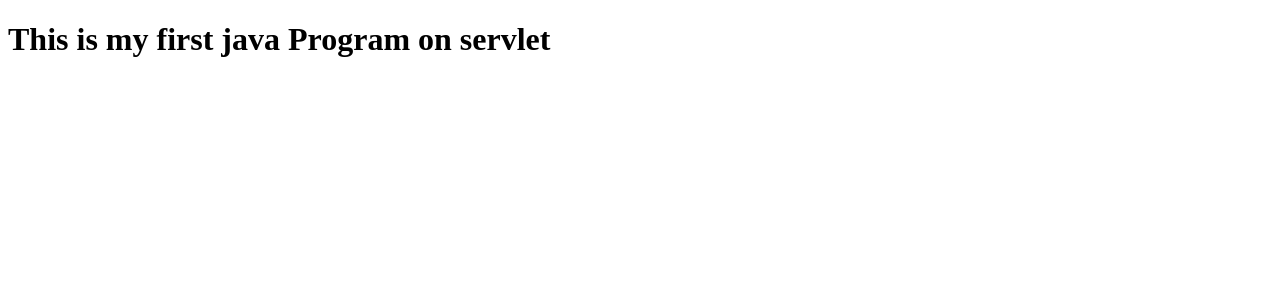
Repository: anik3395/JavaServletProjects
Page: eclipse-workspace/FirstDemo/src/main/webapp/index.html
These files come from the project's save history. The page is drawn as it stood at one moment and after the next save; the edit follows.
The browser window is 1280 px wide. The pictures show the whole page.

Above is the page before, as saved 2024-10-20 06:35:44.

After the next save:
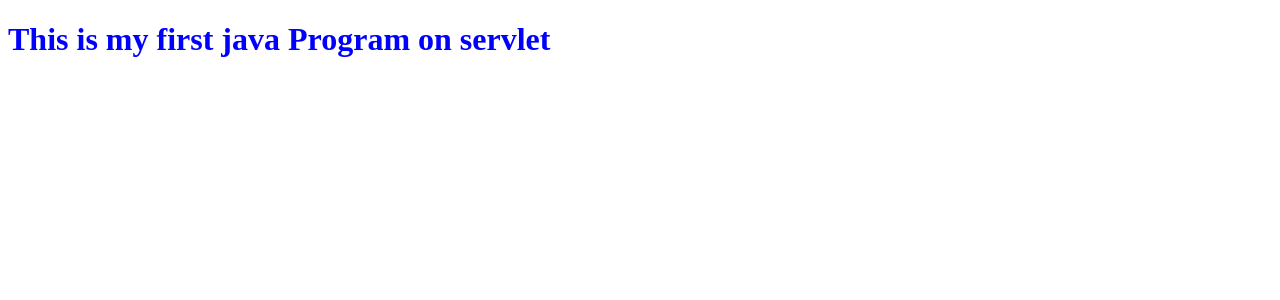
Saved 93 s later.
--- a/eclipse-workspace/FirstDemo/src/main/webapp/index.html
+++ b/eclipse-workspace/FirstDemo/src/main/webapp/index.html
@@ -5,6 +5,6 @@
 <title>Insert title here</title>
 </head>
 <body>
-<h1>This is my first java Program on servlet</h1>
+<h1 style="color:blue;">This is my first java Program on servlet</h1>
 </body>
 </html>
